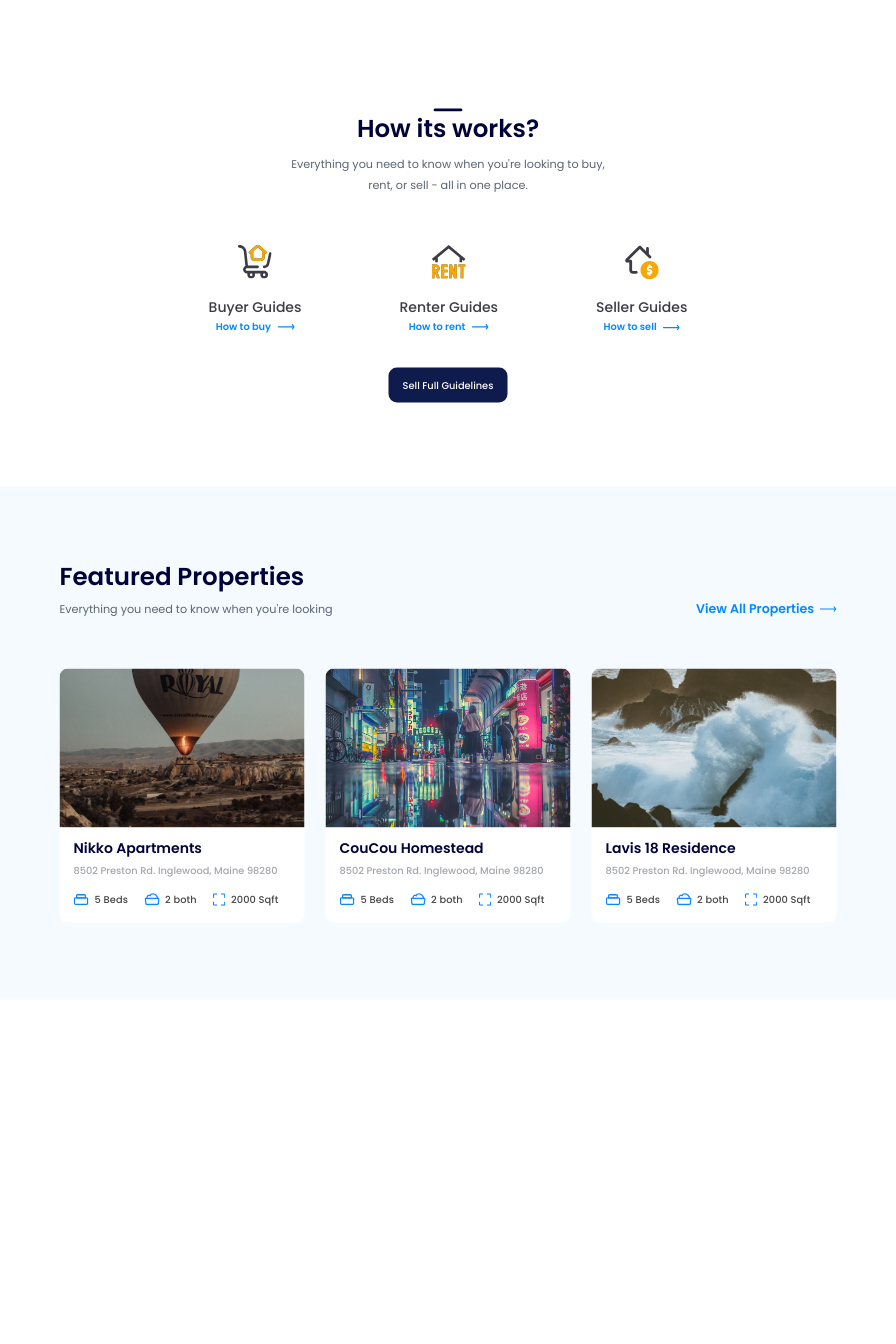
Repository: Tctiensk/f8-htmlcss-01
Page: index.html
The author's editor kept a copy of each file at every save. The page is drawn from the files as they stood at one save, then again after the next save.
The browser window is 1280 px wide. The pictures show the part of the page from y = 1080 to 3000 px (the page is 3000 px tall), at 70% of full size.

Above is the page before, as saved 2022-12-06 10:37:56.

### index.html
<!DOCTYPE html>
<html lang="en">
    <head>
        <meta charset="UTF-8" />
        <meta http-equiv="X-UA-Compatible" content="IE=edge" />
        <meta name="viewport" content="width=device-width, initial-scale=1.0" />
        <title>F8 PROJECT 01</title>
        <link rel="stylesheet" href="./assets/css/reset.css" />
        <link rel="stylesheet" href="./assets/fonts/stylesheet.css" />
        <link rel="stylesheet" href="./assets/css/style.css" />
    </head>

    <body>
        <main style="height: 3000px">
            <!-- header -->
            <header class="header">
                <div class="content">
                    <nav class="navbar">
                        <!-- logo -->
                        <img src="./assets/img/Logo.svg" alt="Besnik." />
                        <!-- navigation -->
                        <ul>
                            <li><a href="#!">Home</a></li>
                            <li><a href="#!">Features</a></li>
                            <li><a href="#!">Services</a></li>
                            <li><a href="#!">Resources</a></li>
                            <li><a href="#!">Contact</a></li>
                        </ul>

                        <!-- action -->
                        <div class="action">
                            <a href="" class="action-link">Sign in </a>
                            <a href="" class="btn action-btn">Sign up </a>
                        </div>
                    </nav>

                    <div class="hero">
                        <div class="info">
                            <p class="sub-title">Welcome to Besnik Agency</p>
                            <h1 class="title">
                                Discover a place you'll love to live.
                            </h1>
                            <p class="desc">
                                Get the best real estate deals first, before
                                they hit the mass market! HOT FORECLOSURE DEALS
                                with one simple search.
                            </p>
                            <a href="#!" class="btn hero-cta">More About Us</a>
                        </div>
                        <img
                            src="./assets/img/house illustration.svg"
                            alt="Discover a place you'll love to live."
                            class="hero-img"
                        />
                    </div>
                </div>
            </header>
            <div class="clients">
                <div class="content">
                    <div class="row">
                        <!-- logo -->
                        <img src="./assets/img/Logo.svg" alt="Besnik." />

                        <!-- Stars -->
                        <div class="stars">
                            <img src="./assets/img/Vector.svg" alt="Star" />
                            <img src="./assets/img/Vector.svg" alt="Star" />
                            <img src="./assets/img/Vector.svg" alt="Star" />
                            <img src="./assets/img/Vector.svg" alt="Star" />
                            <img src="./assets/img/Vector.svg" alt="Star" />
                        </div>
                    </div>
                    <div class="row row-desc">
                        <p class="desc">
                            More than 45,000+ companies trust besnik
                        </p>
                        <p class="desc">5 Star Ratings (2k+ Review)</p>
                    </div>
                    <div class="images">
                        <img src="./assets/img/logo2.svg" alt="MeUndies" />
                        <img src="./assets/img/slack.svg" alt="slack" />
                        <img src="./assets/img/Union.svg" alt="amazon" />
                        <img src="./assets/img/commerce.svg" alt="commerce" />
                        <img src="./assets/img/sitepoint.svg" alt="sitepoint" />
                    </div>
                </div>
            </div>
            <!-- Guides -->
            <div class="guides">
                <div class="content">
                    <h2 class="sub-title">How its works?</h2>
                    <p class="desc">
                        Everything you need to know when you're looking to buy,
                        rent, or sell - all in one place.
                    </p>

                    <!-- === list guides ===== -->
                    <ul class="list-guides">
                        <li class="guide-item">
                            <img
                                src="./assets/img/bier.svg"
                                alt="buyer"
                                class="icon"
                            />
                            <h3 class="title">Buyer Guides</h3>
                            <a href="#!" class="link">
                                <span>How to buy</span>
                                <img
                                    src="./assets/img/arow.svg"
                                    alt="arrow right"
                                    class="arrow"
                                />
                            </a>
                        </li>
                        <li class="guide-item">
                            <img
                                src="./assets/img/render.svg"
                                alt="Renter Guides"
                                class="icon"
                            />
                            <h3 class="title">Renter Guides</h3>
                            <a href="#!" class="link">
                                <span>How to rent</span>
                                <img
                                    src="./assets/img/arow.svg"
                                    alt="arrow right"
                                    class="arrow"
                                />
                            </a>
                        </li>
                        <li class="guide-item">
                            <img
                                src="./assets/img/home.svg"
                                alt="Seller Guides"
                                class="icon"
                            />
                            <h3 class="title">Seller Guides</h3>
                            <a href="#!" class="link">
                                <span>How to sell</span>
                                <img
                                    src="./assets/img/arow.svg"
                                    alt="arrow right"
                                    class="arrow"
                                />
                            </a>
                        </li>
                    </ul>

                    <div class="guides-cta">
                        <a href="#!" class="btn">Sell Full Guidelines</a>
                    </div>
                </div>
            </div>

            <!-- ==== featured ===== -->
            <div class="featured">
                <div class="content">
                    <header>
                        <h2 class="sub-title">Featured Properties</h2>
                        <div class="row">
                            <p class="desc">
                                Everything you need to know when you're looking
                            </p>
                            <a href="#!" class="link">
                                <span>View All Properties</span>
                                <img
                                    src="./assets/img/arow.svg"
                                    alt="arrow right"
                                    class="arrow"
                                />
                            </a>
                        </div>
                    </header>

                    <div class="list">
                        <!-- ==== featured-1 ===== -->
                        <div class="item">
                            <a href="#!">
                                <img
                                    src="./assets/img/mesut-cicen-fzzh7qhUOMI-unsplash.jpg"
                                    alt="Nikko Apartments"
                                    class="thumb"
                                />
                            </a>
                            <div class="body">
                                <h3 class="title">
                                    <a href="#!">Nikko Apartments</a>
                                </h3>
                                <p class="desc">
                                    8502 Preston Rd. Inglewood, Maine 98280
                                </p>
                                <div class="info">
                                    <img
                                        src="./assets/img/icon-1.svg"
                                        alt=""
                                        class="icon"
                                    />
                                    <span class="lable">5 Beds</span>
                                    <img
                                        src="./assets/img/icon-2.svg"
                                        alt=""
                                        class="icon"
                                    />
                                    <span class="lable">2 both</span>
                                    <img
                                        src="./assets/img/icon-3.svg"
                                        alt=""
                                        class="icon"
                                    />
                                    <span class="lable">2000 Sqft</span>
                                </div>
                            </div>
                        </div>
                        <!-- ==== featured-2 ===== -->
                        <div class="item">
                            <a href="#!">
                                <img
                                    src="./assets/img/size-2.jpg"
                                    alt="CouCou Homestead"
                                    class="thumb"
                                />
                            </a>
                            <div class="body">
                                <h3 class="title">
                                    <a href="#!">CouCou Homestead</a>
                                </h3>
                                <p class="desc">
                                    8502 Preston Rd. Inglewood, Maine 98280
                                </p>
                                <div class="info">
                                    <img
                                        src="./assets/img/icon-1.svg"
                                        alt=""
                                        class="icon"
                                    />
                                    <span class="lable">5 Beds</span>
                                    <img
                                        src="./assets/img/icon-2.svg"
                                        alt=""
                                        class="icon"
                                    />
                                    <span class="lable">2 both</span>
                                    <img
                                        src="./assets/img/icon-3.svg"
                                        alt=""
                                        class="icon"
                                    />
                                    <span class="lable">2000 Sqft</span>
                                </div>
                            </div>
                        </div>
                        <!-- ==== featured-3 ===== -->
                        <div class="item">
                            <a href="#!">
                                <img
                                    src="./assets/img/size-3.jpg"
                                    alt="Lavis 18 Residence"
                                    class="thumb"
                                />
                            </a>
                            <div class="body">
                                <h3 class="title">
                                    <a href="#!">Lavis 18 Residence</a>
                                </h3>
                                <p class="desc">
                                    8502 Preston Rd. Inglewood, Maine 98280
                                </p>
                                <div class="info">
                                    <img
                                        src="./assets/img/icon-1.svg"
                                        alt=""
                                        class="icon"
                                    />
                                    <span class="lable">5 Beds</span>
                                    <img
                                        src="./assets/img/icon-2.svg"
                                        alt=""
                                        class="icon"
                                    />
                                    <span class="lable">2 both</span>
                                    <img
                                        src="./assets/img/icon-3.svg"
                                        alt=""
                                        class="icon"
                                    />
                                    <span class="lable">2000 Sqft</span>
                                </div>
                            </div>
                        </div>
                    </div>
                </div>
            </div>
        </main>
    </body>
</html>

### assets/fonts/stylesheet.css
@font-face {
    font-family: "Poppins";
    src: url("Poppins/Poppins-BoldItalic.woff2") format("woff2"),
        url("Poppins/Poppins-BoldItalic.woff") format("woff");
    font-weight: bold;
    font-style: italic;
    font-display: swap;
}

@font-face {
    font-family: "Poppins";
    src: url("Poppins/Poppins-ExtraBold.woff2") format("woff2"),
        url("Poppins/Poppins-ExtraBold.woff") format("woff");
    font-weight: bold;
    font-style: normal;
    font-display: swap;
}

@font-face {
    font-family: "Poppins";
    src: url("Poppins/Poppins-BlackItalic.woff2") format("woff2"),
        url("Poppins/Poppins-BlackItalic.woff") format("woff");
    font-weight: 900;
    font-style: italic;
    font-display: swap;
}

@font-face {
    font-family: "Poppins";
    src: url("Poppins/Poppins-ExtraBoldItalic.woff2") format("woff2"),
        url("Poppins/Poppins-ExtraBoldItalic.woff") format("woff");
    font-weight: bold;
    font-style: italic;
    font-display: swap;
}

@font-face {
    font-family: "Poppins";
    src: url("Poppins/Poppins-Bold.woff2") format("woff2"),
        url("Poppins/Poppins-Bold.woff") format("woff");
    font-weight: bold;
    font-style: normal;
    font-display: swap;
}

@font-face {
    font-family: "Poppins";
    src: url("Poppins/Poppins-Black.woff2") format("woff2"),
        url("Poppins/Poppins-Black.woff") format("woff");
    font-weight: 900;
    font-style: normal;
    font-display: swap;
}

@font-face {
    font-family: "Poppins";
    src: url("Poppins/Poppins-LightItalic.woff2") format("woff2"),
        url("Poppins/Poppins-LightItalic.woff") format("woff");
    font-weight: 300;
    font-style: italic;
    font-display: swap;
}

@font-face {
    font-family: "Poppins";
    src: url("Poppins/Poppins-Medium.woff2") format("woff2"),
        url("Poppins/Poppins-Medium.woff") format("woff");
    font-weight: 500;
    font-style: normal;
    font-display: swap;
}

@font-face {
    font-family: "Poppins";
    src: url("Poppins/Poppins-ExtraLightItalic.woff2") format("woff2"),
        url("Poppins/Poppins-ExtraLightItalic.woff") format("woff");
    font-weight: 200;
    font-style: italic;
    font-display: swap;
}

@font-face {
    font-family: "Poppins";
    src: url("Poppins/Poppins-Italic.woff2") format("woff2"),
        url("Poppins/Poppins-Italic.woff") format("woff");
    font-weight: normal;
    font-style: italic;
    font-display: swap;
}

@font-face {
    font-family: "Poppins";
    src: url("Poppins/Poppins-Light.woff2") format("woff2"),
        url("Poppins/Poppins-Light.woff") format("woff");
    font-weight: 300;
    font-style: normal;
    font-display: swap;
}

@font-face {
    font-family: "Poppins";
    src: url("Poppins/Poppins-ExtraLight.woff2") format("woff2"),
        url("Poppins/Poppins-ExtraLight.woff") format("woff");
    font-weight: 200;
    font-style: normal;
    font-display: swap;
}

@font-face {
    font-family: "Poppins";
    src: url("Poppins/Poppins-SemiBoldItalic.woff2") format("woff2"),
        url("Poppins/Poppins-SemiBoldItalic.woff") format("woff");
    font-weight: 600;
    font-style: italic;
    font-display: swap;
}

@font-face {
    font-family: "Poppins";
    src: url("Poppins/Poppins-Regular.woff2") format("woff2"),
        url("Poppins/Poppins-Regular.woff") format("woff");
    font-weight: normal;
    font-style: normal;
    font-display: swap;
}

@font-face {
    font-family: "Poppins";
    src: url("Poppins/Poppins-ThinItalic.woff2") format("woff2"),
        url("Poppins/Poppins-ThinItalic.woff") format("woff");
    font-weight: 100;
    font-style: italic;
    font-display: swap;
}
@font-face {
    font-family: "Poppins";
    src: url("Poppins/Poppins-MediumItalic.woff2") format("woff2"),
        url("Poppins/Poppins-MediumItalic.woff") format("woff");
    font-weight: 500;
    font-style: italic;
    font-display: swap;
}

@font-face {
    font-family: "Poppins";
    src: url("Poppins/Poppins-SemiBold.woff2") format("woff2"),
        url("Poppins/Poppins-SemiBold.woff") format("woff");
    font-weight: 600;
    font-style: normal;
    font-display: swap;
}

@font-face {
    font-family: "Poppins";
    src: url("Poppins/Poppins-Thin.woff2") format("woff2"),
        url("Poppins/Poppins-Thin.woff") format("woff");
    font-weight: 100;
    font-style: normal;
    font-display: swap;
}

### assets/css/style.css
* {
    box-sizing: border-box;
}

:root {
    --primary-color: #0f1b4c;
}
html {
    font-size: 62.5%;
}
body {
    font-size: 1.6rem;
    font-family: "Poppins", sans-serif;
}
/* common */
a {
    text-decoration: none;
}
.content {
    width: 1110px;
    max-width: calc(100% -48px);
    margin-left: auto;
    margin-right: auto;
}
/* ================= header ====================*/
.header {
    height: 100vh;
    background: #e6f0ff;
    position: relative;
}
.navbar {
    display: flex;
    align-items: center;
    padding-top: 38px;
}
.navbar ul {
    display: flex;
    margin-left: 50px;
}
.navbar .action {
    margin-left: auto;
}
.navbar ul a {
    font-weight: 500;
    font-size: 1.4rem;
    color: #4f5361;
    padding: 8px 1.4rem;
}
.navbar ul a:hover {
    text-decoration: underline;
}
.navbar .action-link {
    font-weight: 500;
    font-size: 1.4rem;
    line-height: 21px;
    color: var(--primary-color);
}
.btn {
    display: inline-block;
    min-width: 98px;
    padding: 18px 16px;
    background: var(--primary-color);
    border-radius: 12px;
    font-weight: 500;
    font-size: 1.4rem;
    text-align: center;
    color: #ffffff;
}
.btn:hover {
    opacity: 0.9;
}
.btn.hero-cta {
    min-width: 170px;
    margin-top: 40px;
}
.navbar .action-btn {
    padding: 13px 16px;
    margin-left: 18px;
    border-radius: 8px;
}
.hero {
    margin-top: 130px;
}
.hero .sub-title {
    font-weight: 500;
    font-size: 1.8rem;
    line-height: 1.5;
    letter-spacing: 0.01em;
    color: #687691;
}
.hero .title {
    margin-top: 8px;
    font-weight: 700;
    font-size: 6.2rem;
    line-height: 1.19;
    color: #000336;
}
.hero .info {
    width: 51%;
}
.hero .desc {
    margin-top: 30px;
    font-weight: 400;
    font-size: 18px;
    line-height: 1.78;
    color: #5a6473;
}
.hero-img {
    position: absolute;
    bottom: 0;
    right: 65px;
}
/* clients  */
.clients {
    margin-top: 122px;
}
.clients .row {
    display: flex;
    justify-content: space-between;
}
.clients .desc {
    font-weight: 500;
    font-size: 16px;
    line-height: 1.25;
    color: #7d8589;
}
.clients .row-desc {
    margin-top: 23px;
}
.clients .images {
    display: flex;
    justify-content: space-between;
    margin-top: 96px;
}
/* ================ guile ============= */
.guides {
    margin-top: 200px;
}
.guides .sub-title {
    position: relative;
    font-weight: 600;
    font-size: 3.5rem;
    line-height: 1;
    text-align: center;
    color: #000339;
}
.guides .sub-title::before {
    position: absolute;
    top: -10px;
    left: 50%;
    transform: translateX(-50%);
    content: "";
    display: inline-block;
    width: 41px;
    height: 4px;
    background: #000339;
    border-radius: 12px;
}
.guides .desc {
    width: 459px;
    max-width: 100%;
    margin: 20px auto 0;
    font-weight: 400;
    font-size: 1.6rem;
    line-height: 1.88;
    text-align: center;
    color: #5a6473;
}
.list-guides {
    display: flex;
    justify-content: center;
    margin-top: 70px;
}
.guide-item {
    margin: 0 70px;
    text-align: center;
}
.guide-item .title {
    margin-top: 26px;
    font-weight: 500;
    font-size: 2rem;
    line-height: 1.1;
    color: #3b3c45;
}
.guide-item .link {
    display: inline-block;
    margin-top: 10px;
    font-weight: 600;
    font-size: 1.4rem;
    color: #0689ff;
}
.guide-item .arrow {
    margin-left: 6px;
}
.guides-cta {
    margin-top: 50px;
    display: flex;
    justify-content: center;
}
.guides-cta .btn {
    min-width: 170px;
}
/* ================ featured ============= */
.featured {
    margin-top: 120px;
    padding: 110px 0;
    background-color: #f5fafe;
}
.featured .sub-title {
    font-weight: 600;
    font-size: 3.5rem;
    line-height: 1;

    color: #000339;
}
.featured .row {
    display: flex;
    justify-content: space-between;
    margin-top: 15px;
}
.featured .desc {
    font-weight: 400;
    font-size: 1.6rem;
    line-height: 1.88;
    color: #5a6473;
}
.featured .link {
    display: flex;
    align-items: center;
    font-weight: 600;
    font-size: 1.8rem;
    color: #0689ff;
}
.featured .link .arrow {
    margin-left: 8px;
}
.featured .list {
    display: flex;
    gap: 30px;
    margin-top: 70px;
}
.featured .item {
    flex: 1;
    background-color: #ffffff;
    border-radius: 12px;
}
.featured .item .thumb {
    width: 100%;
    height: 227px;
    object-fit: cover;
    border-top-left-radius: 12px;
    border-top-right-radius: 12px;
}
.featured .item .body {
    margin: 17px 20px 24px;
}
.featured .item .title a {
    font-weight: 600;
    font-size: 2rem;
    line-height: 1;

    color: #000339;
}
.featured .item .desc {
    margin-top: 11px;
    font-weight: 500;
    font-size: 1.4rem;
    line-height: 1.5;

    color: #a3a6ab;
}
.featured .item .info {
    display: flex;
    align-items: center;
    margin-top: 21px;
}
.featured .item .lable {
    margin-left: 8px;
    font-weight: 500;
    font-size: 1.4rem;
    letter-spacing: 0.01em;

    color: #444444;
}
.featured .item .icon {
    margin-left: 23px;
}
.featured .item .icon:first-child {
    margin-left: 0;
}

Loaded but not shown: assets/css/reset.css (common file)

After the next save:
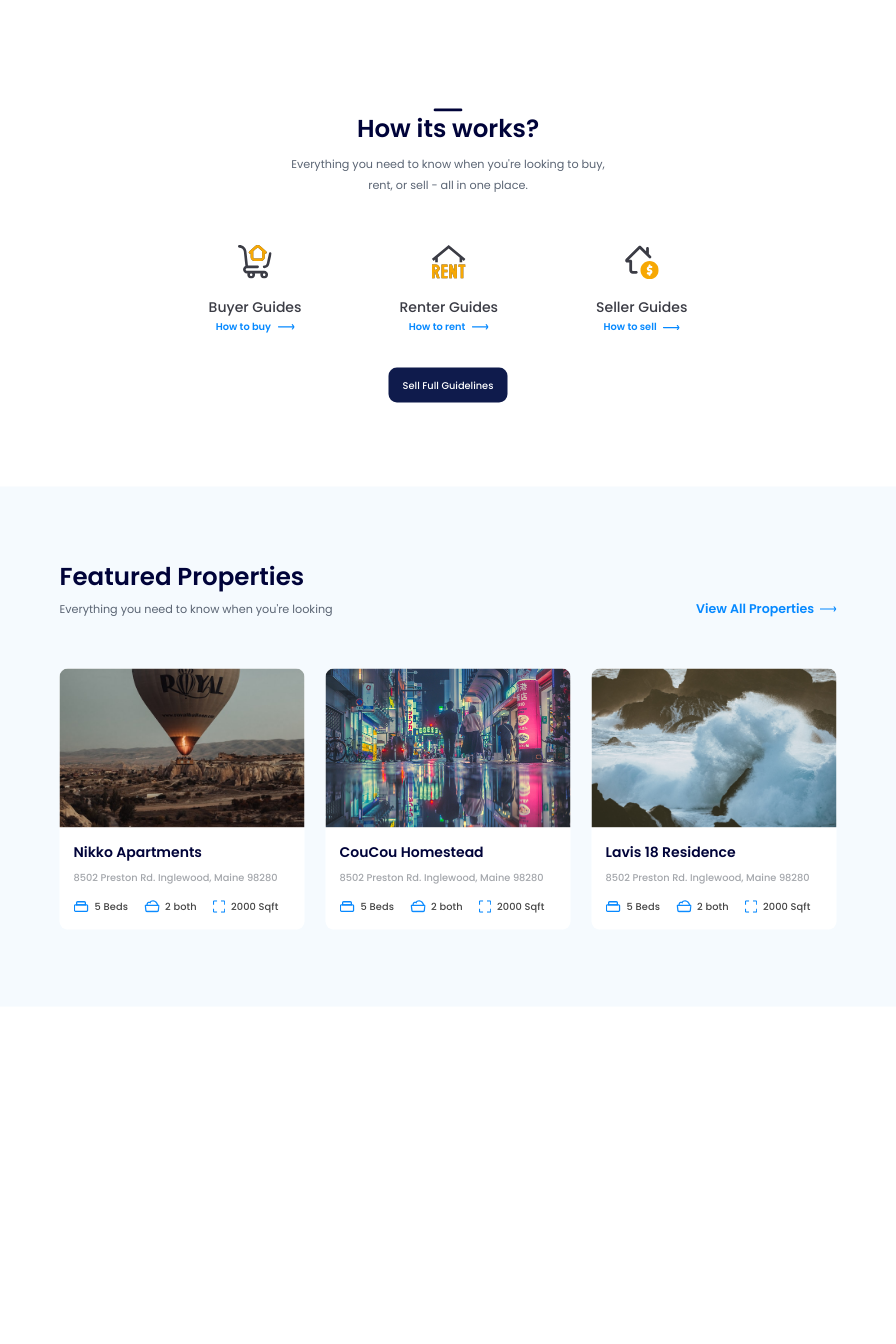
Saved 110 s later.
--- a/assets/css/style.css
+++ b/assets/css/style.css
@@ -257,7 +257,7 @@
 .featured .item .title a {
     font-weight: 600;
     font-size: 2rem;
-    line-height: 1;
+    line-height: 1.5;
 
     color: #000339;
 }
